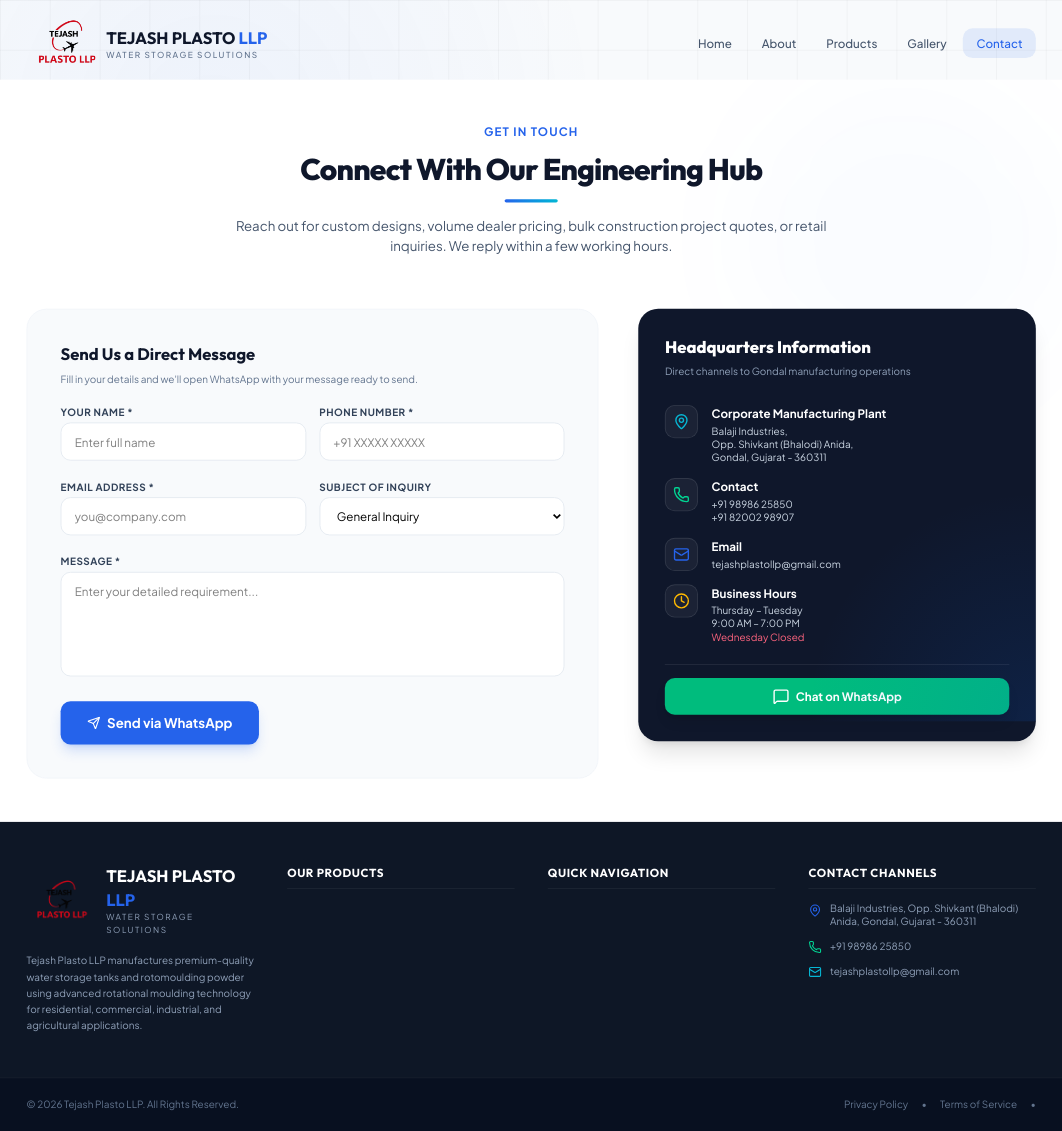
Repository: NikunjRajpara/TejasPlasto
Page: /contact
The author's editor kept a copy of each file at every save. The page is drawn from the files as they stood at one save, then again after the next save.
The browser window is 1280 px wide. The pictures show the whole page, at 83% of full size.
The project was rebuilt for these pictures with package versions that can differ from the ones it lists, and the page was loaded fresh each time. Also part of the build but not shown: vite.config.js, src/components/Hero.jsx, src/data.js, src/components/CompanyOverview.jsx, src/components/ProductCategories.jsx, src/components/WhyChooseUs.jsx, src/components/ManufacturingProcess.jsx, src/components/Testimonials.jsx and 6 more.

Above is the page before, as saved 2026-07-09 18:13:00.

### index.html
<!doctype html>
<html lang="en">
  <head>
    <meta charset="UTF-8" />
    <meta name="viewport" content="width=device-width, initial-scale=1.0" />
    <title>Tejash Plasto LLP - Strong, Safe and Reliable Water Storage Tanks</title>
  </head>
  <body>
    <div id="root"></div>
    <script type="module" src="/src/main.jsx"></script>
  </body>
</html>

### src/main.jsx
import { StrictMode } from "react";
import { createRoot } from "react-dom/client";
import { BrowserRouter } from "react-router-dom";   // <-- Add this

import App from "./App.jsx";
import "./index.css";

createRoot(document.getElementById("root")).render(
  <StrictMode>
    <BrowserRouter>
      <App />
    </BrowserRouter>
  </StrictMode>
);

### src/App.jsx
import { BrowserRouter, Routes, Route } from "react-router-dom";
import Layout from "./layouts/Layout";
import Home from "./pages/Home";
import About from "./pages/About";
import Products from "./pages/Products";
import GalleryPage from "./pages/GalleryPage";
import ContactPage from "./pages/Contact";
import ScrollToTop from "./components/ScrollToTop";
export default function App() {
  return (
    <>
	<ScrollToTop />
      <Routes>

        <Route element={<Layout />}>

          <Route path="/" element={<Home />} />

          <Route path="/about" element={<About />} />

          <Route path="/products" element={<Products />} />

          <Route path="/gallery" element={<GalleryPage />} />

          <Route path="/contact" element={<ContactPage />} />

        </Route>

      </Routes>
    </>
  );
}

### src/index.css
@import url('https://fonts.googleapis.com/css2?family=Outfit:wght@300;400;500;600;700;800&family=Plus+Jakarta+Sans:wght@300;400;500;600;700;800&display=swap');
@import "tailwindcss";

@theme {
	--font-sans: "Plus Jakarta Sans", sans-serif;
	--font-display: "Outfit", sans-serif;

	--color-primary: #2563EB;
	--color-secondary: #06B6D4;
	--color-accent: #6366F1;
	--color-dark-footer: #0E1726;

	--color-bg-dark: #060913;
	--color-bg-card: rgba(13, 20, 38, .55);

	--color-text-dark: #F8FAFC;
	--color-text-light: #0F172A;

	--color-border: rgba(255, 255, 255, .08);

	--transition-smooth: all .3s ease;
}


html {
	scroll-behavior: smooth;
	font-family: var(--font-sans);
}

body {
	background: #f8fafc;
}

.dark body {
	background: #060913;
}

body::before {

	content: "";

	position: fixed;

	inset: 0;

	pointer-events: none;

	background:

		radial-gradient(circle at 20% 20%,
			rgba(37, 99, 235, .05),
			transparent 40%),

		radial-gradient(circle at 80% 80%,
			rgba(6, 182, 212, .05),
			transparent 40%),

		linear-gradient(rgba(0, 0, 0, .03) 1px, transparent 1px),

		linear-gradient(90deg,
			rgba(0, 0, 0, .03) 1px,
			transparent 1px);

	background-size:
		100%,
		100%,
		60px 60px,
		60px 60px;

	z-index: -1;

}

.font-display {
	font-family: var(--font-display);
}

.scrollbar-hide::-webkit-scrollbar {
	display: none;
}

.scrollbar-hide {
	scrollbar-width: none;
}

.gallery-wrapper {
	overflow: hidden;
	position: relative;
}

.gallery-track {
	display: flex;
	gap: 24px;
	width: max-content;
	animation: galleryScroll 35s linear infinite;
}

.gallery-track:hover {
	animation-play-state: paused;
}

@keyframes galleryScroll {
	from {
		transform: translateX(0);
	}

	to {
		transform: translateX(-50%);
	}
}

.glass-card {
	background: rgba(255, 255, 255, .75);
	backdrop-filter: blur(14px);
	border: 1px solid rgba(255, 255, 255, .4);
	box-shadow: 0 10px 30px rgba(0, 0, 0, .08);
	transition: .3s;
}

.dark .glass-card {
	background: rgba(13, 20, 38, .55);
	border: 1px solid rgba(255, 255, 255, .08);
}

.glass-card:hover {
	transform: translateY(-6px);
}

.gradient-btn {

	background: linear-gradient(135deg,
			#2563EB,
			#06B6D4);

	color: white;

	transition: .3s;

	box-shadow:
		0 12px 35px rgba(37, 99, 235, .25);

}

.gradient-btn:hover {

	transform: translateY(-3px);

	box-shadow:
		0 18px 40px rgba(6, 182, 212, .35);

}
.btn-primary{
    background:linear-gradient(135deg,#2563EB,#06B6D4);
    color:white;
    transition:.3s;
    box-shadow:0 12px 30px rgba(37,99,235,.25);
}

.btn-primary:hover{
    transform:translateY(-2px);
    box-shadow:0 18px 40px rgba(37,99,235,.35);
}
.card{
    background:white;
    border:1px solid rgb(226 232 240);
    border-radius:24px;
    box-shadow:0 10px 30px rgba(15,23,42,.06);
    transition:.3s;
}

.card:hover{
    transform:translateY(-6px);
    box-shadow:0 20px 40px rgba(15,23,42,.10);
}

### src/layouts/Layout.jsx
import { useState } from "react";
import { Outlet } from "react-router-dom";
import Navbar from "../components/Navbar";
import Footer from "../components/Footer";
export default function Layout() {
	return (
		<>
			{/* Navbar */}
			<Navbar />

			{/* Current Page */}
			<main className="pt-24">
				<Outlet
					context={{}}
				/>
			</main>

			{/* Footer */}
			<Footer />

		</>
	);
}

### src/pages/Contact.jsx
import Navbar from "../components/Navbar";
import Contact from "../components/Contact";
import Footer from "../components/Footer";

export default function ContactPage() {
  return (
    <>

      <Contact />

    </>
  );
}

### src/components/ScrollToTop.jsx
import { useEffect } from "react";
import { useLocation } from "react-router-dom";

export default function ScrollToTop() {
  const { pathname } = useLocation();

  useEffect(() => {
    window.scrollTo({
      top: 0,
      left: 0,
      behavior: "instant", // or "smooth"
    });
  }, [pathname]);

  return null;
}

### src/components/Navbar.jsx
import React, { useState, useEffect } from "react";
import { motion, AnimatePresence } from "framer-motion";
import logo from "../assets/images/logo.png";
import {Menu,X,} from "lucide-react";
import { NavLink } from "react-router-dom";

export default function Navbar({ }) {
	const [isScrolled, setIsScrolled] = useState(false);
	const [mobileMenuOpen, setMobileMenuOpen] = useState(false);

	useEffect(() => {
		const handleScroll = () => {
			setIsScrolled(window.scrollY > 20);
		};

		window.addEventListener("scroll", handleScroll);

		return () =>
			window.removeEventListener("scroll", handleScroll);
	}, []);

	const navLinks = [
		{
			name: "Home",
			path: "/",
		},
		{
			name: "About",
			path: "/about",
		},
		{
			name: "Products",
			path: "/products",
		},
		{
			name: "Gallery",
			path: "/gallery",
		},
		{
			name: "Contact",
			path: "/contact",
		},
	];

	return (
		<>
			<header
				className={`fixed top-0 left-0 right-0 z-40 transition-all duration-300 ${isScrolled
					? "bg-white/75 backdrop-blur-xl border-b border-slate-200/60 shadow-sm py-3"
					: "bg-transparent py-5"
					}`}
			>
				<div className="max-w-7xl mx-auto px-4 sm:px-6 lg:px-8">

					<div className="flex items-center justify-between">

						{/* Logo */}

						<NavLink to="/" className="flex items-center">
							<img
								src={logo}
								alt="Tejash Plasto LLP"
								className="h-16 w-auto"
							/>


							<div className="leading-tight">

								<h2 className="font-display text-xl font-bold text-slate-900">
									TEJASH PLASTO
									<span className="text-primary"> LLP</span>
								</h2>

								<p className="text-[10px] uppercase tracking-[0.18em] text-slate-500 font-medium">
									Water Storage Solutions
								</p>

							</div>
						</NavLink>

						{/* Desktop Navigation */}

						<nav className="hidden lg:flex items-center gap-1">

							{navLinks.map((item) => (

								<NavLink
									key={item.name}
									to={item.path}
									className={({ isActive }) =>
										`px-4 py-2 rounded-xl text-sm font-medium transition-all ${isActive
											? "bg-primary/10 text-primary"
											: "text-slate-600 hover:bg-slate-100 hover:text-slate-900"
										}`
									}
								>
									{item.name}
								</NavLink>

							))}

						</nav>
						{/* Mobile Menu Button */}

						<button
							onClick={() =>
								setMobileMenuOpen(!mobileMenuOpen)
							}
							className="lg:hidden p-2 rounded-xl border border-slate-200 hover:bg-slate-100"
						>
							{mobileMenuOpen ? (
								<X className="w-6 h-6" />
							) : (
								<Menu className="w-6 h-6" />
							)}
						</button>

					</div>

				</div>

			</header>

			{/* ========================= */}
			{/* Mobile Drawer */}
			{/* ========================= */}

			<AnimatePresence>

				{mobileMenuOpen && (
					<>

						{/* Backdrop */}

						<motion.div
							initial={{ opacity: 0 }}
							animate={{ opacity: 1 }}
							exit={{ opacity: 0 }}
							onClick={() =>
								setMobileMenuOpen(false)
							}
							className="fixed inset-0 bg-black/40 backdrop-blur-sm z-40"
						/>

						{/* Drawer */}

						<motion.div
							initial={{ x: "100%" }}
							animate={{ x: 0 }}
							exit={{ x: "100%" }}
							transition={{
								duration: 0.3,
							}}
							className="fixed top-0 right-0 bottom-0 w-[320px] bg-white z-50 shadow-2xl p-6 flex flex-col"
						>

							{/* Top */}

							<div className="flex items-center justify-between border-b border-slate-200 pb-5">

								<div className="flex items-center gap-3">

									<img
										src={logo}
										alt="Tejash Plasto LLP"
										className="h-12 w-auto"
									/>

									<div>

										<h3 className="font-display text-lg font-bold text-slate-900">
											TEJASH PLASTO
											<span className="text-primary"> LLP</span>
										</h3>

										<p className="text-[10px] uppercase tracking-widest text-slate-500">
											Water Storage Solutions
										</p>

									</div>

								</div>

								<button
									onClick={() =>
										setMobileMenuOpen(false)
									}
									className="w-10 h-10 rounded-xl border border-slate-200 flex items-center justify-center hover:bg-slate-100 transition"
								>
									<X className="w-5 h-5" />
								</button>

							</div>

							{/* Navigation */}

							<div className="mt-6 flex flex-col gap-2 flex-1">

								{navLinks.map((item) => (

									<NavLink
										key={item.name}
										to={item.path}
										onClick={() =>
											setMobileMenuOpen(false)
										}
										className={({ isActive }) =>
											`px-4 py-3 rounded-xl text-base font-medium transition ${isActive
												? "bg-primary text-white"
												: "text-slate-700 hover:bg-slate-100"
											}`
										}
									>
										{item.name}
									</NavLink>

								))}

							</div>
							{/* Bottom */}

						</motion.div>
					</>
				)}
			</AnimatePresence>
		</>
	);
}

### src/components/Footer.jsx
import { Mail, Phone, MapPin, ChevronRight } from "lucide-react";
import { NavLink } from "react-router-dom";
import logo from "../assets/images/logo.png";
export default function Footer() {
	const currentYear = new Date().getFullYear();

	const productLinks = [
		{ name: "Water Storage Tanks", path: "/products" },
		{ name: "Rotomoulding Powder", path: "/products" },
	];

	const quickLinks = [
		{ name: "About Us", path: "/about" },
		{ name: "Products", path: "/products" },
		{ name: "Gallery", path: "/gallery" },
		{ name: "Contact Us", path: "/contact" },
	];

	return (
		<footer className="bg-[#0E1726] text-slate-300 font-sans" id="app-footer">
			{/* Top Footer Sections */}
			<div className="max-w-7xl mx-auto px-4 sm:px-6 lg:px-8 py-13">
				<div className="grid grid-cols-1 md:grid-cols-2 lg:grid-cols-4 gap-10 items-start" id="footer-columns">

					{/* Col 1*/}
					<div className="lg:col-span-1 space-y-5">
						<NavLink to="/" className="flex items-center gap-3">

							<img
								src={logo}
								alt="Tejash Plasto LLP"
								className="h-14 w-auto"
							/>

							<div>

								<h3 className="font-display text-xl font-bold text-white">
									TEJASH PLASTO
									<span className="text-primary"> LLP</span>
								</h3>

								<p className="text-[10px] uppercase tracking-[0.18em] text-slate-400">
									Water Storage Solutions
								</p>

							</div>

						</NavLink>

						<p className="text-xs text-slate-400 leading-relaxed max-w-sm">
							Tejash Plasto LLP manufactures premium-quality water storage tanks and rotomoulding powder using advanced rotational moulding technology for residential, commercial, industrial, and agricultural applications.
						</p>
					</div>

					{/* Col 2*/}
					<div className="lg:col-span-1 space-y-4">
						<h4 className="font-display font-bold text-white text-sm uppercase tracking-wider border-b border-white/5 pb-2">
							Our Products
						</h4>
						<ul className="space-y-2.5 text-xs">
							{productLinks.map((link, idx) => (
								<li key={`${link.name}-${idx}`}>
									<NavLink
										to={link.path}
										className="hover:text-primary transition-colors flex items-center gap-1.5"
									>
									</NavLink>
								</li>
							))}
						</ul>
					</div>

					{/* Col 3*/}
					<div className="lg:col-span-1 space-y-4">
						<h4 className="font-display font-bold text-white text-sm uppercase tracking-wider border-b border-white/5 pb-2">
							Quick Navigation
						</h4>
						<ul className="space-y-2.5 text-xs">
							{quickLinks.map((link, idx) => (
								<li key={`${link.name}-${idx}`}>
									<NavLink
										to={link.path}
										className="hover:text-primary transition-colors flex items-center gap-1.5"
									>
									</NavLink>
								</li>
							))}
						</ul>
					</div>

					{/* Col 4*/}
					<div className="lg:col-span-1 space-y-4">
						<h4 className="font-display font-bold text-white text-sm uppercase tracking-wider border-b border-white/5 pb-2">
							Contact Channels
						</h4>
						<ul className="space-y-3.5 text-xs text-slate-400">
							<li className="flex items-start gap-2.5">
								<MapPin className="w-4 h-4 text-primary shrink-0 mt-0.5" />
								<span>
									Balaji Industries, Opp. Shivkant (Bhalodi) Anida, Gondal, Gujarat - 360311
								</span>
							</li>
							<li className="flex items-center gap-2.5">
								<Phone className="w-4 h-4 text-emerald-400 shrink-0" />
								<a href="tel:+919898625850" className="hover:text-white transition-colors">
									+91 98986 25850
								</a>
							</li>
							<li className="flex items-center gap-2.5">
								<Mail className="w-4 h-4 text-secondary shrink-0" />
								<a href="mailto:contact@tejasplasto.com" className="hover:text-white transition-colors">
									tejashplastollp@gmail.com
								</a>
							</li>
						</ul>
					</div>

				</div>
			</div>

			{/* Bottom Copyright Strip */}
			<div className="border-t border-white/5 bg-slate-950/40 text-slate-500 py-6 text-xs text-center">
				<div className="max-w-7xl mx-auto px-4 sm:px-6 lg:px-8 flex flex-col sm:flex-row items-center justify-between gap-4">
					<p>© {currentYear} Tejash Plasto LLP. All Rights Reserved.</p>
					<div className="flex gap-4">
						<a href="#faq" className="hover:text-slate-400 transition-colors">Privacy Policy</a>
						<span>•</span>
						<a href="#faq" className="hover:text-slate-400 transition-colors">Terms of Service</a>
						<span>•</span>
					</div>
				</div>
			</div>
		</footer>
	);
}

Loaded but not shown: src/components/Contact.jsx (335 lines, source omitted)

After the next save:
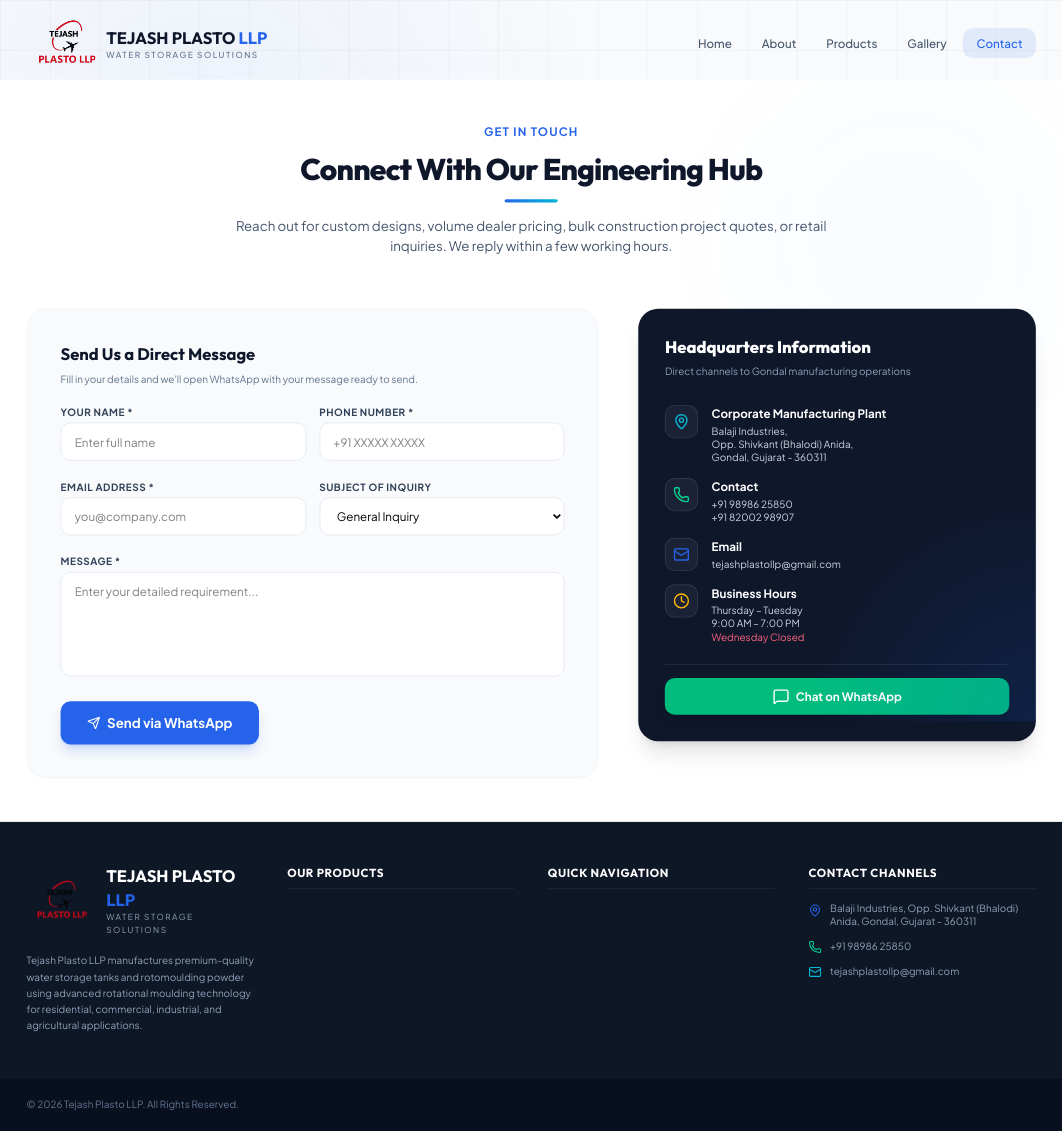
Saved 45 s later.
--- a/src/components/Footer.jsx
+++ b/src/components/Footer.jsx
@@ -122,12 +122,6 @@
 			<div className="border-t border-white/5 bg-slate-950/40 text-slate-500 py-6 text-xs text-center">
 				<div className="max-w-7xl mx-auto px-4 sm:px-6 lg:px-8 flex flex-col sm:flex-row items-center justify-between gap-4">
 					<p>© {currentYear} Tejash Plasto LLP. All Rights Reserved.</p>
-					<div className="flex gap-4">
-						<a href="#faq" className="hover:text-slate-400 transition-colors">Privacy Policy</a>
-						<span>•</span>
-						<a href="#faq" className="hover:text-slate-400 transition-colors">Terms of Service</a>
-						<span>•</span>
-					</div>
 				</div>
 			</div>
 		</footer>
